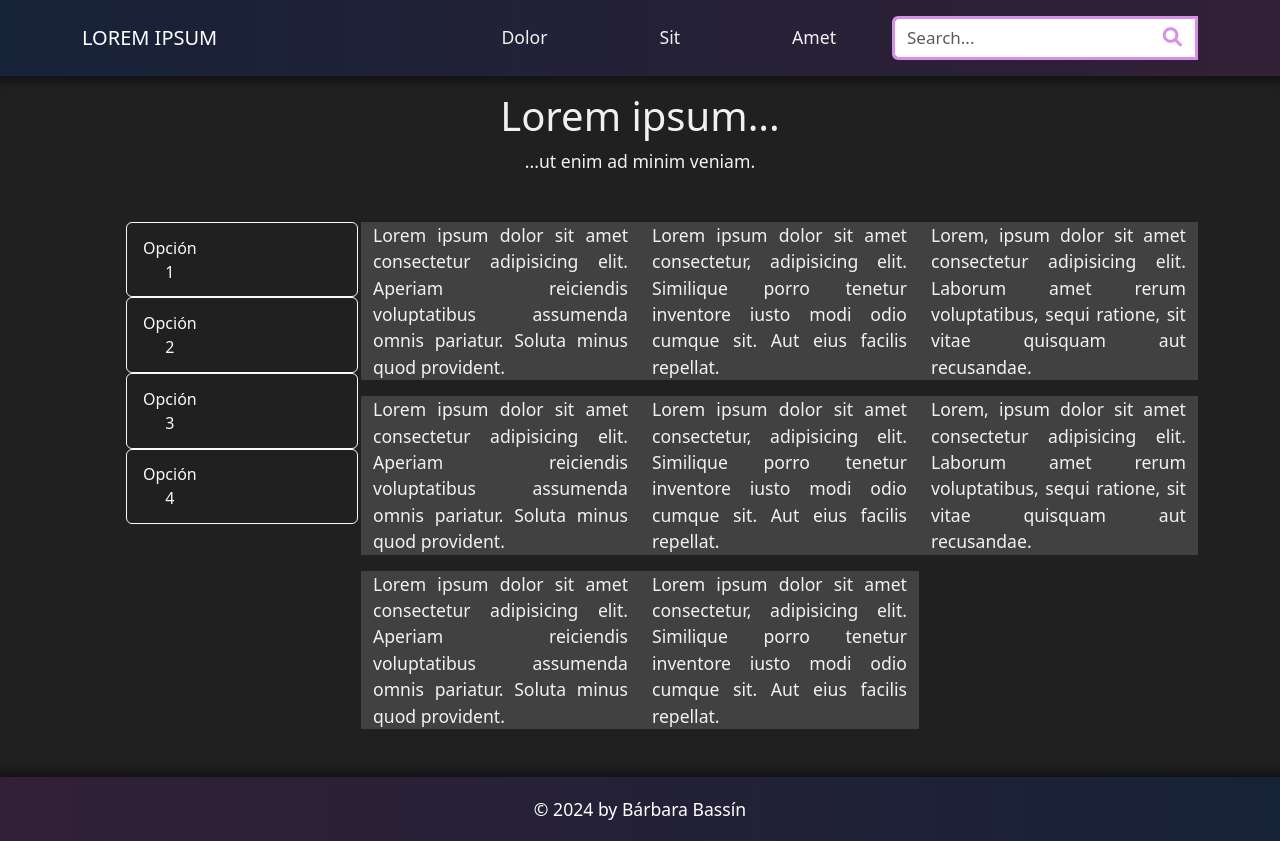
Repository: romancegirl/responsiveness
Page: index.html
The author's editor kept a copy of each file at every save. The page is drawn from the files as they stood at one save, then again after the next save.
The browser window is 1280 px wide. The pictures show the whole page.

Above is the page before, as saved 2024-11-29 21:23:45.

### index.html
<!DOCTYPE html>
<html lang="en">

<head>
    <meta charset="UTF-8">
    <meta name="viewport" content="width=device-width, initial-scale=1.0">
    <title>Responsiveness - Bárbara Bassín</title>
    <link href="https://cdn.jsdelivr.net/npm/bootstrap@5.3.0/dist/css/bootstrap.min.css" rel="stylesheet">
    <link rel="stylesheet" href="https://cdnjs.cloudflare.com/ajax/libs/font-awesome/6.0.0-beta3/css/all.min.css">
    <link rel="stylesheet" href="css/header-and-footer.css">
    <link rel="stylesheet" href="css/styles.css">
</head>

<body>
    <!-- Header -->
    <header class="py-2">
        <div class="container d-flex align-items-center justify-content-between" id="profile">
            <h5 class="m-0">LOREM IPSUM</h5>
            <nav class="navbar navbar-expand-lg">
                <button class="navbar-toggler" type="button" data-bs-toggle="collapse" data-bs-target="#navbarNav"
                    aria-controls="navbarNav" aria-expanded="false" aria-label="Toggle navigation">
                    <i class="fas fa-bars"></i>
                </button>
                <div class="collapse navbar-collapse" id="navbarNav">
                    <ul class="navbar-nav">
                        <li class="nav-item"><a class="nav-link">Dolor</a></li>
                        <li class="nav-item"><a class="nav-link">Sit</a></li>
                        <li class="nav-item"><a class="nav-link">Amet</a></li>
                        <li class="nav-item dropdown d-lg-none">
                            <a class="nav-link dropdown-toggle" href="#" id="dropdownMenuButton" role="button"
                                data-bs-toggle="dropdown" aria-expanded="false">
                                Opciones
                            </a>
                            <ul class="dropdown-menu" aria-labelledby="dropdownMenuButton">
                                <li><button type="button" class="dropdown-item">Opción 1</button></li>
                                <li><button type="button" class="dropdown-item">Opción 2</button></li>
                                <li><button type="button" class="dropdown-item">Opción 3</button></li>
                                <li><button type="button" class="dropdown-item">Opción 4</button></li>
                            </ul>
                        </li>
                        <li>
                            <div class="search-container">
                                <form action="/action_page.php">
                                    <div class="input-group">
                                        <input type="text" class="form-control" placeholder="Search..." name="search">
                                        <button type="submit" class="btn">
                                            <i class="fa fa-search"></i>
                                        </button>
                                    </div>
                                </form>
                            </div>
                        </li>
                    </ul>
                </div>
            </nav>
        </div>
    </header>



    <!-- Main -->
    <main class="container my-3">
        <div>
            <h1>Lorem ipsum...</h1>
            <div id="textCarousel" class="carousel slide" data-bs-ride="carousel" data-bs-interval="2000">
                <div class="carousel-inner">
                    <div class="carousel-item active">
                        <p>...olor sit amet, consectetur adipiscing elit...</p>
                    </div>
                    <div class="carousel-item">
                        <p>...sed do eiusmod tempor incididunt ut labore...</p>
                    </div>
                    <div class="carousel-item">
                        <p>...ut enim ad minim veniam.</p>
                    </div>
                </div>
            </div>
        </div>


        <div class="container inside">
            <div class="row">
                <div class="col-lg-3 d-none d-lg-block" id="options">
                    <ul>
                        <li><button type="button" class="btn btn-outline-light">Opción 1</button></li>
                        <li><button type="button" class="btn btn-outline-light">Opción 2</button></li>
                        <li><button type="button" class="btn btn-outline-light">Opción 3</button></li>
                        <li><button type="button" class="btn btn-outline-light">Opción 4</button></li>
                    </ul>
                </div>
                <div class="col-lg-9 col-md-12" id="paragraphs">
                    <div class="row">
                        <div class="col-6 col-md-4 paragraph">Lorem ipsum dolor sit amet consectetur adipisicing elit.
                            Aperiam reiciendis voluptatibus assumenda omnis pariatur. Soluta minus quod provident.
                        </div>
                        <div class="col-6 col-md-4 paragraph">Lorem ipsum dolor sit amet consectetur, adipisicing elit.
                            Similique porro
                            tenetur inventore iusto modi odio cumque sit. Aut eius facilis repellat.</div>
                        <div class="col-6 col-md-4 paragraph">Lorem, ipsum dolor sit amet consectetur adipisicing elit.
                            Laborum
                            amet rerum
                            voluptatibus, sequi ratione, sit vitae quisquam aut recusandae.</div>
                        <div class="col-6 col-md-4 paragraph">Lorem ipsum dolor sit amet consectetur adipisicing elit.
                            Aperiam
                            reiciendis
                            voluptatibus assumenda omnis pariatur. Soluta minus quod provident.</div>
                        <div class="col-6 col-md-4 paragraph">Lorem ipsum dolor sit amet consectetur, adipisicing elit.
                            Similique porro
                            tenetur inventore iusto modi odio cumque sit. Aut eius facilis repellat.</div>
                        <div class="col-6 col-md-4 paragraph">Lorem, ipsum dolor sit amet consectetur adipisicing elit.
                            Laborum
                            amet rerum
                            voluptatibus, sequi ratione, sit vitae quisquam aut recusandae.</div>
                        <div class="col-6 col-md-4 paragraph">Lorem ipsum dolor sit amet consectetur adipisicing elit.
                            Aperiam
                            reiciendis
                            voluptatibus assumenda omnis pariatur. Soluta minus quod provident.</div>
                        <div class="col-6 col-md-4 paragraph">Lorem ipsum dolor sit amet consectetur, adipisicing elit.
                            Similique porro
                            tenetur inventore iusto modi odio cumque sit. Aut eius facilis repellat.</div>
                    </div>
                </div>
            </div>
        </div>
    </main>

    <!-- Footer -->
    <footer class="bg-dark text-center py-2">
        <div>&copy; 2024 by Bárbara Bassín</div>
    </footer>
    <script src="js/script.js"></script>
    <script src="https://cdn.jsdelivr.net/npm/bootstrap@5.3.0/dist/js/bootstrap.bundle.min.js"></script>
</body>

</html>

### css/header-and-footer.css
header {
    background: linear-gradient(to right, #162238, #322036);
    color: #fff;
    position: relative;
    box-shadow: 0 0 10px 5px rgba(0, 0, 0, 0.5);
}

main {
    min-height: 70vh;
    padding-bottom: 1rem;
    box-sizing: border-box;
}

a.nav-link {
    color: #f1f1f1;
}

a.nav-link:hover {
    color: #f6c7de;
    transition: color 0.3s, text-shadow 0.3s;
    transform: scale(1.05);
}

.search-container {
    display: flex;
    justify-content: center;
    align-items: center;
    position: relative;
}

.input-group .form-control {
    padding-right: 2.5rem;
    font-size: 17px;
    border: 0.2rem solid #d98fe9;
}

.input-group .btn {
    position: absolute;
    right: 1rem;
    top: 50%;
    transform: translateY(-50%);
    background-color: transparent;
    border: none;
    padding: 0;
    cursor: pointer;
}

.input-group .btn .fa-search {
    color: #d98fe9;
    font-size: 1.2rem;
}

.navbar-nav .nav-item {
    margin: 0 3rem 0 3rem;
}


/* navbar-toggle */

.navbar-toggler {
    border-color: #fff;
}

.navbar-toggler .fas {
    color: #fff;
    /* Cambia el color del ícono */
}

.navbar-collapse {
    justify-content: flex-end;
}

.navbar-toggler:hover {
    cursor: pointer;
}

.navbar-toggler:focus {
    outline: none;
    box-shadow: none;
}

@media (max-width: 995px) {

    .navbar-collapse {
        display: none;
        position: absolute;
        top: 119%;
        left: -190px;
        width: 100%;
        z-index: 999;
        flex-direction: column-reverse;
        align-items: center;
    }

    .navbar-collapse.show {
        display: flex;
    }

    .navbar {
        width: 60%;
    }

    .navbar-nav {
        background: linear-gradient(to right, #162238fd, #322036fd);
        color: #fff;
        padding: 1.5rem;
        border-radius: 0 0 50px 50px;
        font-weight: bold;
        text-align: center;
        box-shadow: 0 0 10px 5px rgba(0, 0, 0, 0.5);

    }

    .navbar-nav:hover {
        cursor: pointer;

    }

    a.nav-link:hover {
        color: #f6c7de;
        transition: color 0.3s, text-shadow 0.3s;
        transform: scale(1.05);
    }

    .navbar-nav .nav-item {
        margin: 10px 0;
    }

    .navbar a {
        float: none;
        display: block;
        text-align: center;
        width: 100%;
        margin: 0;
        padding: 0.5rem;
    }

    .navbar .search-container {
        float: none;
    }

    .navbar .search-container button {
        align-items: right;
    }

    .navbar input[type=text] {
        border-radius: 0.2rem;
        border: 0.2rem solid #d98fe9;
    }

}


@media (max-width: 768px) {

    .navbar-collapse {
        display: none;
        position: absolute;
        top: 119%;
        left: -140px;
        width: 100%;
        z-index: 999;
        flex-direction: column-reverse;
        align-items: center;
    }


}


footer {
    background: linear-gradient(to right, #322036, #162238);
    color: #fff;
    bottom: 0;
    min-height: 4rem;
    display: flex;
    justify-content: center;
    align-items: center;
    box-shadow: 0 0 10px 5px rgba(0, 0, 0, 0.5);
}

### css/styles.css
body {
    background-color: #202020;
    color: #f1f1f1;
    font-size: 110%;
}

/* Profile and resume */

.profile-photo {
    width: 250px;
    height: 250px;
    border: #a5c3ffcd;
    border-style: double;
    border-width: 5px;
    border-radius: 70px;
    display: flex;
    justify-content: center;
    align-items: center;
    overflow: hidden;
    /* Oculta cualquier parte de la imagen que se desborde */
    float: right;
}

/* titles */

h1 {
    text-align: center;
}

h2,
h3,
h4 {
    background: linear-gradient(#d98fe9, #5E91FA);
    -webkit-background-clip: text;
    background-clip: text;
    -webkit-text-fill-color: transparent;
}

h5 {
    margin: 0;
}

/* General */

#textCarousel {
    width: 40rem;
    margin: auto;
}

p {
    text-align: center;
}

.row {
    text-align: justify;
}

.paragraph {
margin-bottom: 1rem;
background-color: #414141;
}

.inside {
    margin-top: 2rem;
}

.btn-outline-light {
    padding: 0.8rem 10rem 0.8rem 1rem;
}

li {
    list-style: none;
}

/* Responsiveness */

.title-small,
.title-x-small {
    display: none;
}

@media screen and (max-width: 1400px) {

    .title-large,
    .title-x-small {
        display: none;
    }

    .title-small {
        display: block;
    }
}

@media screen and (max-width: 768px) {

    .title-large,
    .title-small {
        display: none;
    }

    .title-x-small {
        display: block;
        text-align: center;

    }

    #textCarousel {
        max-width: 90%; /* Usa un tamaño relativo en lugar de fijo */
    }
}

### js/script.js
document.addEventListener('click', function(event) {
    var navbar = document.querySelector('.navbar-collapse');
    var toggler = document.querySelector('.navbar-toggler');

    // Si el menú está abierto y se hace clic fuera de él, lo cierra
    if (navbar.classList.contains('show') && !navbar.contains(event.target) && !toggler.contains(event.target)) {
        var bsCollapse = new bootstrap.Collapse(navbar, {
            toggle: false
        });
        bsCollapse.hide();
    }
});

After the next save:
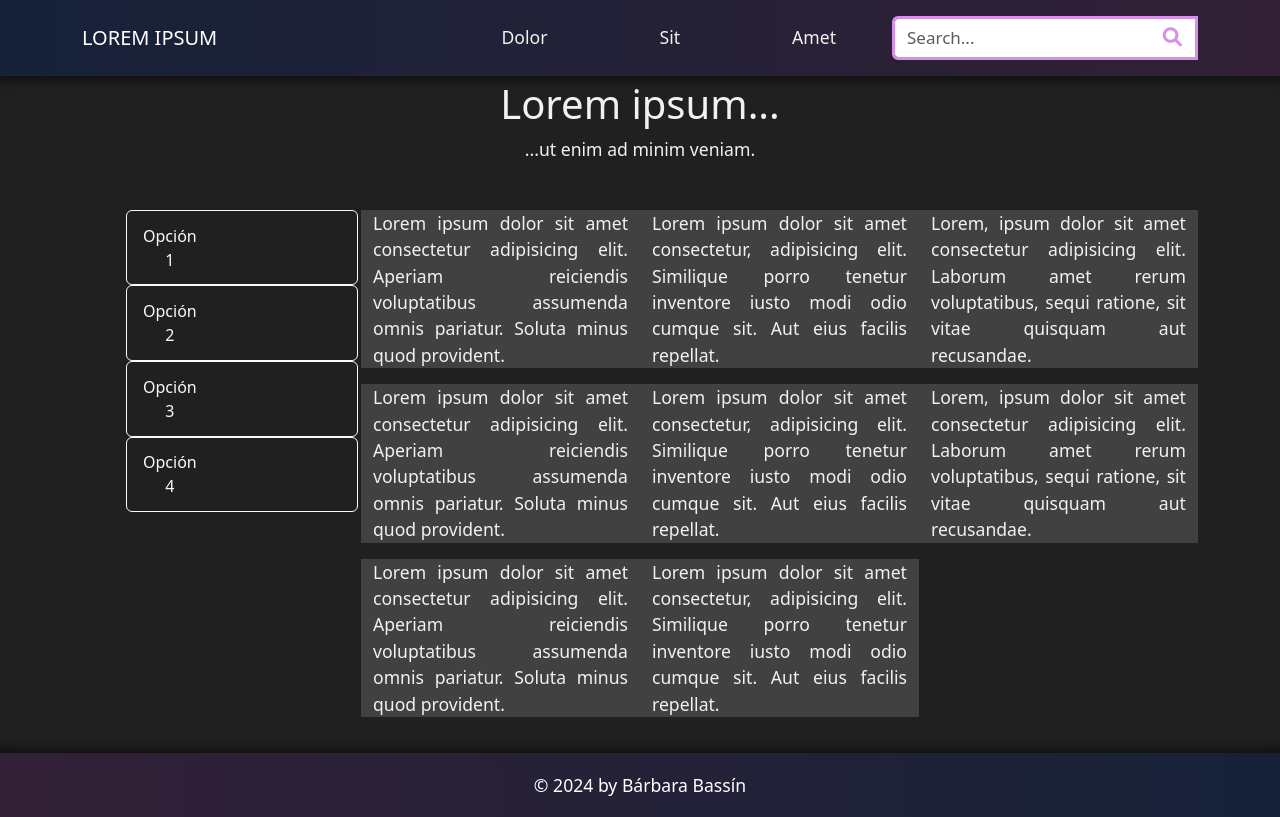
Saved 6 s later.
--- a/index.html
+++ b/index.html
@@ -59,7 +59,7 @@
 
 
     <!-- Main -->
-    <main class="container my-3">
+    <main class="container my-1">
         <div>
             <h1>Lorem ipsum...</h1>
             <div id="textCarousel" class="carousel slide" data-bs-ride="carousel" data-bs-interval="2000">
